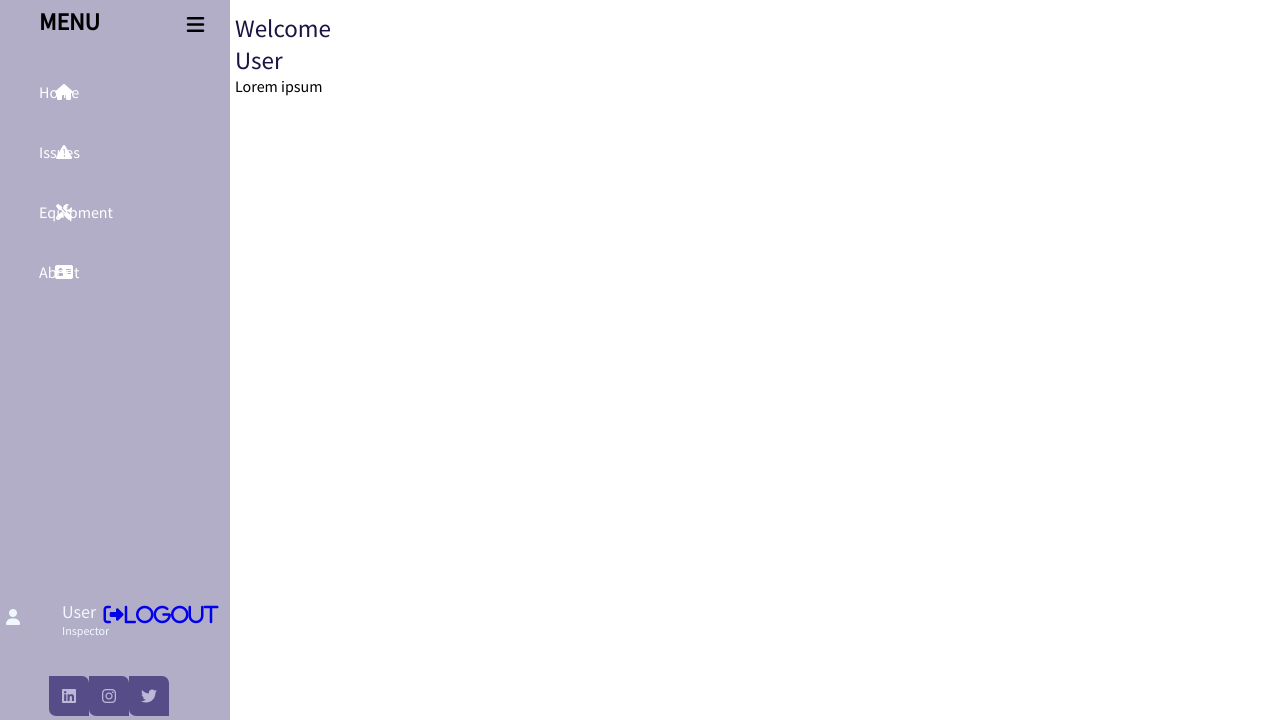
Repository: Lungdjos/ZescoIssueTS
Page: zits/src/main/resources/templates/about_us.html
These files come from the project's save history. The page is drawn as it stood at one moment and after a run of saves; the edit follows.
The browser window is 1280 px wide. The pictures show the whole page.
Some web libraries are served in a nearby version.

Above is the page before, as saved 2021-07-10 04:41:43.

### zits/src/main/resources/templates/about_us.html
<!DOCTYPE html>
<html lang="en">

<head>
    <meta charset="UTF-8">
    <meta http-equiv="X-UA-Compatible" content="IE=7">
    <meta name="viewport" content="width=device-width, initial-scale=1.0">
    <title>About Us Page</title>
    <link rel="stylesheet" href="/css/styles.css">

    <script src="https://kit.fontawesome.com/953cd41e6c.js" crossorigin="anonymous"></script>
</head>

<body>
    <div class="wrapper">
        <div class="sidebar">
            <div class="logo_content">
                <div class="logo">
                    <h2>Menu</h2>
                </div>
                <i class="fas fa-bars" id="btn"></i>
            </div>


            <ul class="nav_list">

                <li>
                    <a href="#"><i class="fas fa-home"></i><span class="links_name"> Home</span></a>
                </li>
                <li>
                    <a href="#"><i class="fas fa-exclamation-triangle"></i><span class="links_name"> Issues</span></a>
                </li>
                <li>
                    <a href="#"><i class="fas fa-tools"></i><span class="links_name"> Equipment</span></a>
                </li>
                <li>
                    <a href="#"><i class="fas fa-address-card"></i><span class="links_name"> About</span></a>
                </li>

                <div class="social_media">
                    <a href="#"><i class="fab fa-linkedin"></i></a>
                    <a href="#"><i class="fab fa-instagram"></i></a>
                    <a href="#"><i class="fab fa-twitter"></i></a>
                </div>
            </ul>
            <div class="profile_content">
                <div class="profile">
                    <div class="profile_details">
                        <i class="fas fa-user"></i>
                        <div class="role_title">
                            <div class="name">User</div>
                            <div class="role">Inspector</div>
                        </div>
                    </div>
                    <a href="#"><i class="fas fa-sign-out-alt" id="log_out">Logout</i></a>
                </div>
            </div>
            <div class="main_content">
                <div class="header">Welcome User</div>
                <div class="info">Lorem ipsum</div>
            </div>
        </div>
        <h2 style="color: black;">The About Page</h2>
    </div>





</body>

</html>

### zits/src/main/resources/templates/css/styles.css
@import url('https://fonts.googleapis.com/css2?family=Source+Sans+Pro&display=swap');
* {
    margin: 0;
    padding: 0;
    box-sizing: border-box;
    list-style: none;
    text-decoration: none;
    font-family: Source Sans Pro;
}

body {
    position: relative;
    min-height: 100vh;
    width: 100%;
    overflow: hidden;
}

.wrapper {}


/**Side Bar Props*/

.sidebar {
    position: fixed;
    top: 0;
    left: 0;
    height: 100%;
    width: 230px;
    background: #b3aec7;
    padding: 6px 14px;
}

.social_media {
    position: absolute;
    bottom: 4px;
    left: 50%;
    display: flex;
    transform: translateX(-55%);
}

.social_media a {
    display: block;
    width: 40px;
    background: #564c88;
    height: 40px;
    line-height: 40px;
    text-align: center;
    margin: 0, 5px;
    color: #bdb8d7;
    border-top-right-radius: 7px;
    border-bottom-left-radius: 7px;
}

.logo_content .logo {
    margin-right: 5px;
}

.sidebar h2 {
    text-transform: uppercase;
    margin-bottom: 30px;
    margin-left: 25px;
}

.sidebar #btn {
    position: absolute;
    color: #000;
    left: 85%;
    top: 5px;
    font-size: 20px;
    height: 40px;
    width: 40px;
    text-align: center;
    line-height: 40px;
    transform: translateX(-50%);
}

.sidebar ul {
    margin: 20px;
}

.sidebar ul li {
    position: relative;
    height: 60px;
    width: 110%;
    margin: 0 5px;
    list-style: none;
    line-height: 50px;
}

.sidebar ul li a {
    color: #fff;
    display: flex;
    align-items: center;
    text-decoration: none;
    transition: all 0.35s ease;
    border-radius: 12px;
}

.sidebar ul li a .links_name {
    position: absolute;
    heig
}

.sidebar ul li a:hover {
    color: green;
    background: orange;
}

.sidebar ul li a .fas {
    height: 50px;
    min-width: 50px;
    border-radius: 12px;
    line-height: 50px;
    text-align: center;
}

.sidebar .profile_content {
    position: absolute;
    color: aliceblue;
    left: 0;
    bottom: 80px;
    width: 100%;
}

.sidebar .profile_content .profile {
    position: relative;
    padding: 10px 6px;
    height: 50px;
}

.sidebar .profile_content .profile:hover {
    background: greenyellow;
    color: #000;
}

.sidebar .profile_content .profile .profile_details {
    display: flex;
    align-items: center;
}

.profile .profile_details .fas {
    height: 20px;
    width: 50px;
    object-fit: cover;
}

.profile .profile_details .role_title {
    margin-left: 6px;
}

.profile .profile_details .name {
    font-size: 18px;
    font-weight: 400;
}

.profile .profile_details .role {
    font-size: 12px;
    font-weight: 200;
}

.profile #log_out {
    position: absolute;
    left: 70%;
    bottom: 0.01em;
    transform: translateX(-50%);
    transform: rotateY('180');
    min-width: 50px;
    line-height: 50px;
    font-size: 20px;
    border-radius: 12px;
}

.profile #log_out:hover {
    color: red;
}

.main_content {
    top: 0;
    position: absolute;
    height: 100%;
    width: calc(100%-235);
    left: 235px;
}

.main_content .header {
    margin-top: 12px;
    color: #1b1341;
    font-weight: 500;
    font-size: 25px;
}

After the next 6 saves:
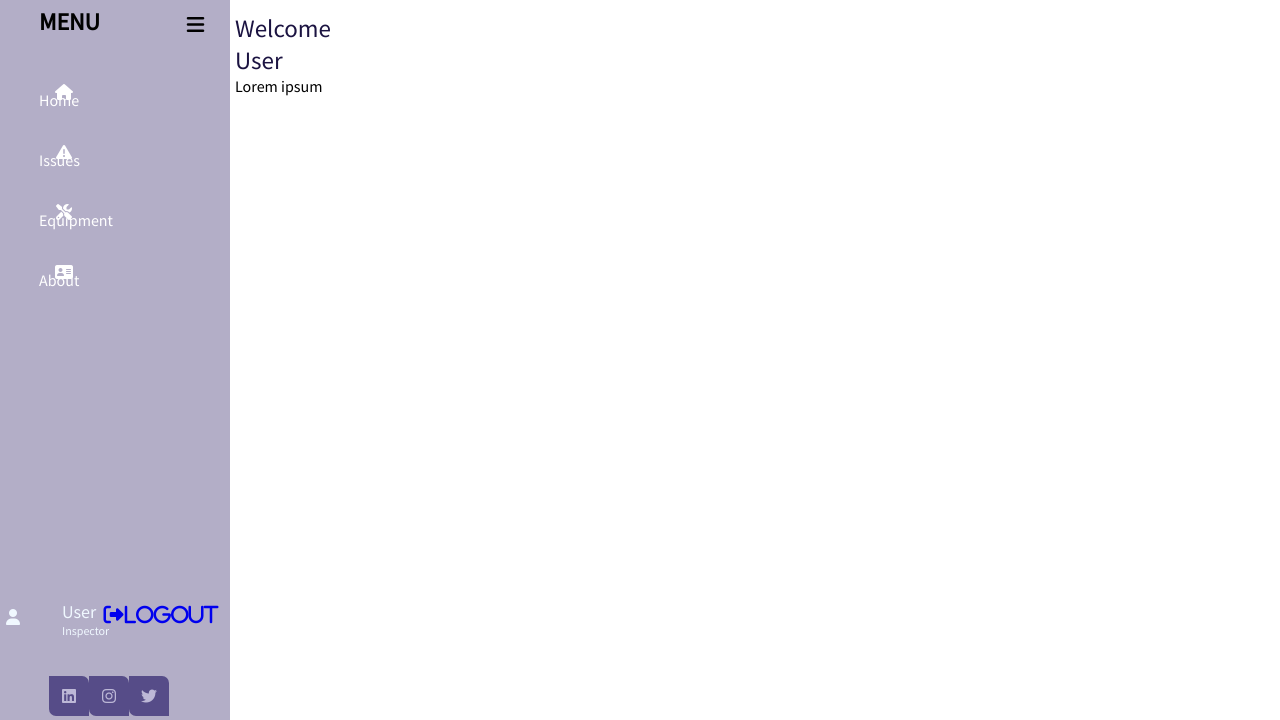
The 6 saves are shown as one change because they came seconds apart.
The last was saved 16 s later.
--- a/zits/src/main/resources/templates/css/styles.css
+++ b/zits/src/main/resources/templates/css/styles.css
@@ -98,7 +98,7 @@
 
 .sidebar ul li a .links_name {
     position: absolute;
-    heig
+    height: 35px;
 }
 
 .sidebar ul li a:hover {
